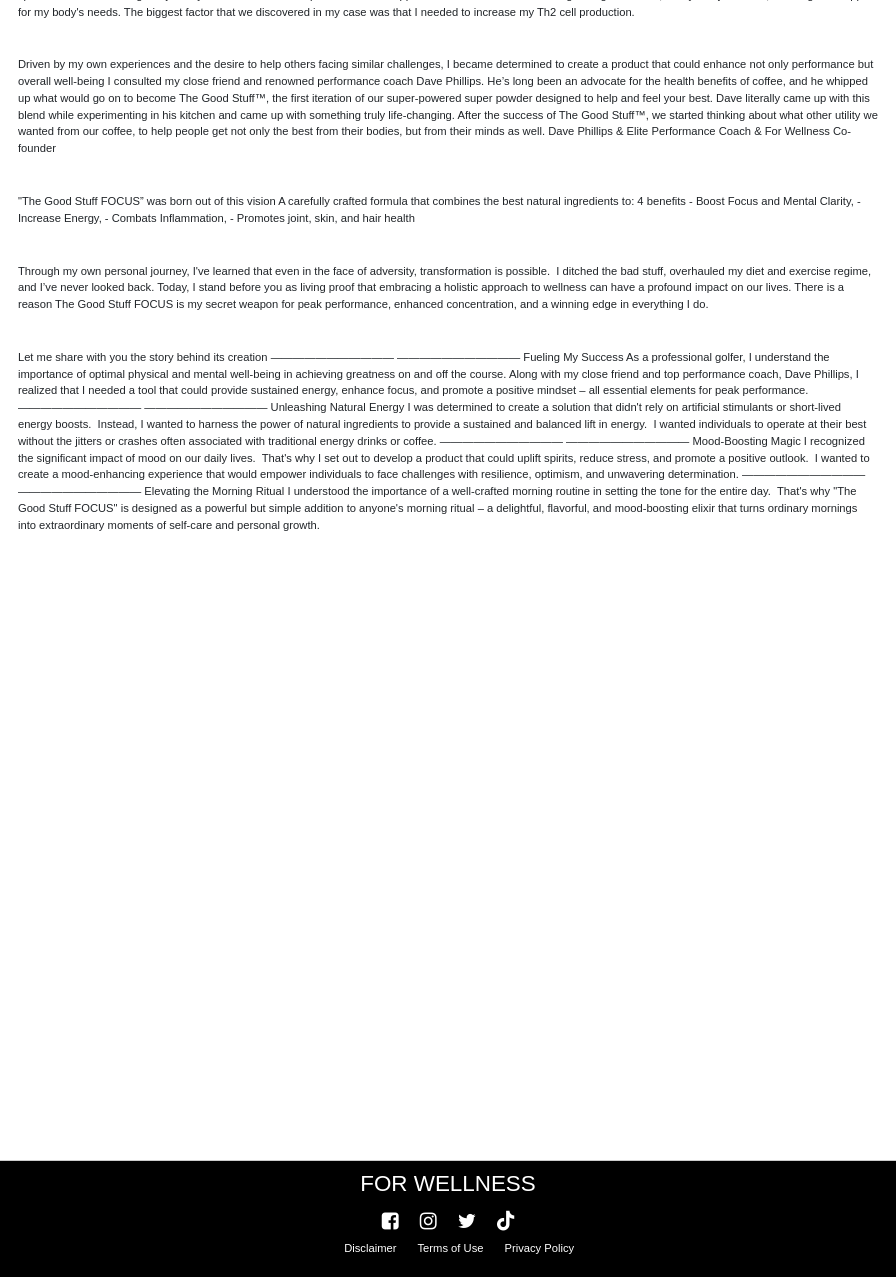
Repository: dariusprince90/wellness-landing
Page: index.html
An editor plug-in stored every save of this project. The page is shown before and after the next save, followed by the edit.
The browser window is 1280 px wide. The pictures show the part of the page from y = 2056 to 3976 px (the page is 3880 px tall before and 3976 px after), at 70% of full size.

Above is the page before, as saved 2023-07-26 10:05:40.

After the next save:
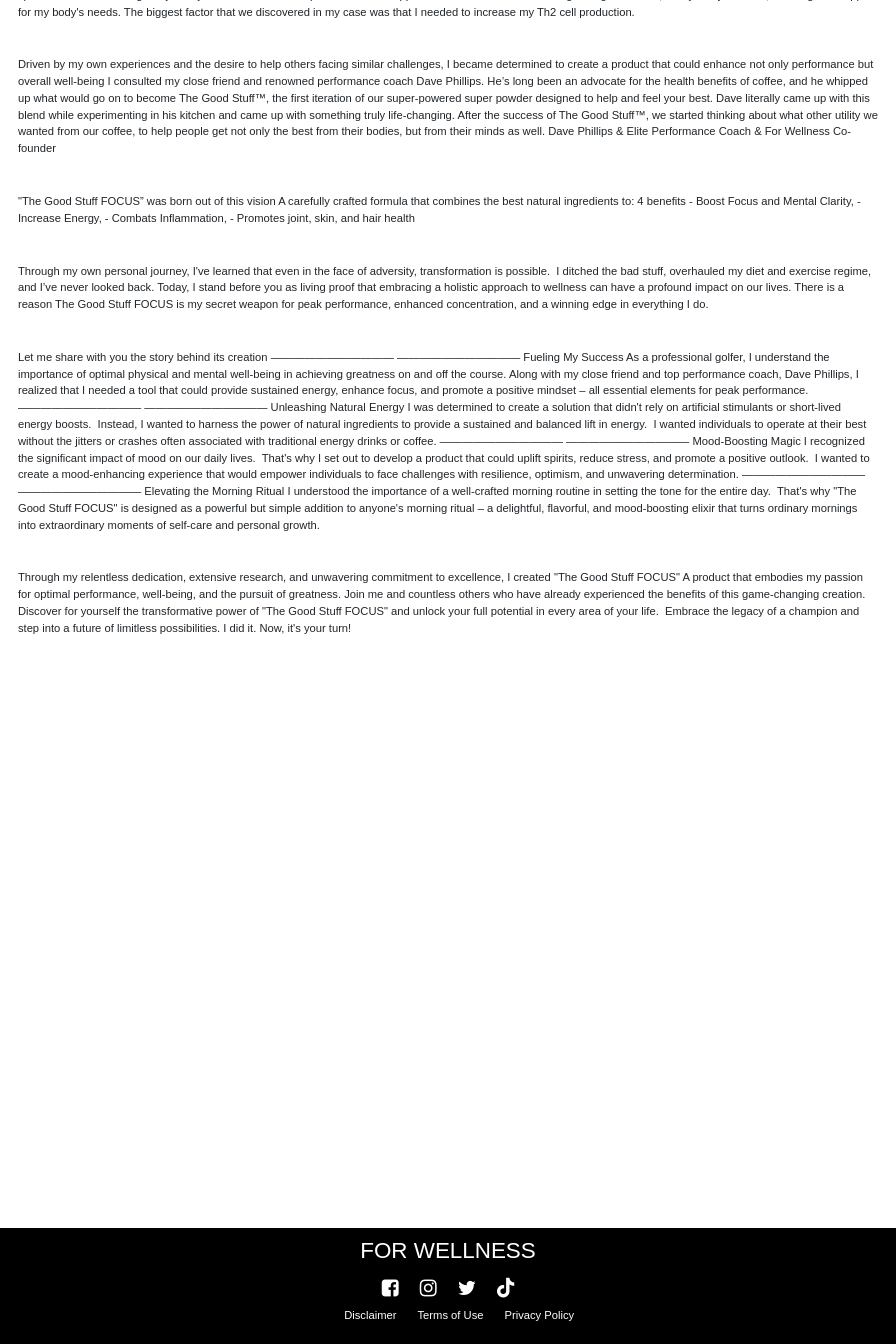
Saved 57 s later.
--- a/index.html
+++ b/index.html
@@ -392,6 +392,21 @@
     </section>
 
     <section class="s-018-text">
+        Through my relentless dedication,
+extensive research, and unwavering commitment to excellence, I created "The Good Stuff FOCUS"
+
+A product that embodies my passion for optimal performance,
+well-being, and the pursuit of greatness.
+
+
+Join me and countless others who have already experienced the benefits of this game-changing creation.
+
+Discover for yourself the transformative power of "The Good Stuff FOCUS" and unlock your full potential in every area of your life.
+
+Embrace the legacy of a champion and step into a future of limitless possibilities.
+
+
+I did it. Now, it's your turn!
     </section>
     <section class="s-00#-text">
     </section>
